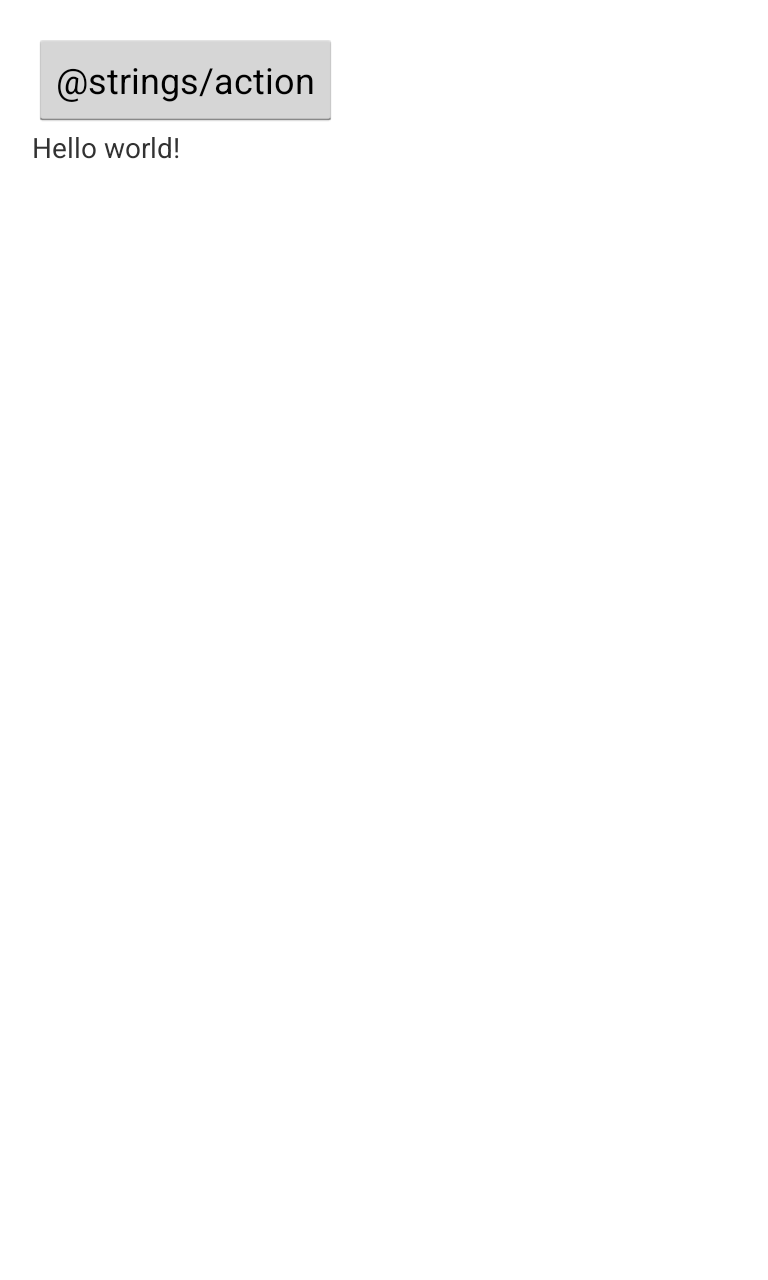
Repository: pancho1313/practica2tests
Layout: MyOrientation/res/layout/activity_my_orientation_test.xml
An editor plug-in stored every save of this project. The layout is shown before and after the next save, followed by the edit.
It is drawn on a 768 x 1280 px phone screen (xhdpi) without system bars, with theme AppTheme; the app's code is not run.

Above is the layout before, as saved 2014-01-10 14:13:58.

### MyOrientation/res/layout/activity_my_orientation_test.xml
<LinearLayout xmlns:android="http://schemas.android.com/apk/res/android"
    xmlns:tools="http://schemas.android.com/tools"
    android:layout_width="match_parent"
    android:layout_height="match_parent"
    android:paddingBottom="@dimen/activity_vertical_margin"
    android:paddingLeft="@dimen/activity_horizontal_margin"
    android:paddingRight="@dimen/activity_horizontal_margin"
    android:paddingTop="@dimen/activity_vertical_margin"
    tools:context=".MyOrientationTest"
    android:orientation="vertical" >

    <Button
        android:id="@+id/button1"
        android:layout_width="wrap_content"
        android:layout_height="wrap_content"
        android:text="@strings/action"
        android:onClick="action" />

    <TextView
        android:id="@+id/textView1"
        android:layout_width="wrap_content"
        android:layout_height="wrap_content"
        android:text="@string/vals" />
</LinearLayout>

### MyOrientation/res/values/strings.xml
<?xml version="1.0" encoding="utf-8"?>
<resources>

    <string name="app_name">MyOrientation</string>
    <string name="action_settings">Settings</string>
    <string name="vals">Hello world!</string>
    <string name="action">action</string>

</resources>

Loaded but not shown: MyOrientation/res/values/styles.xml (common file); MyOrientation/res/values-v11/styles.xml (common file); MyOrientation/res/values-v14/styles.xml (common file); MyOrientation/res/values/dimens.xml (common file)

After the next save:
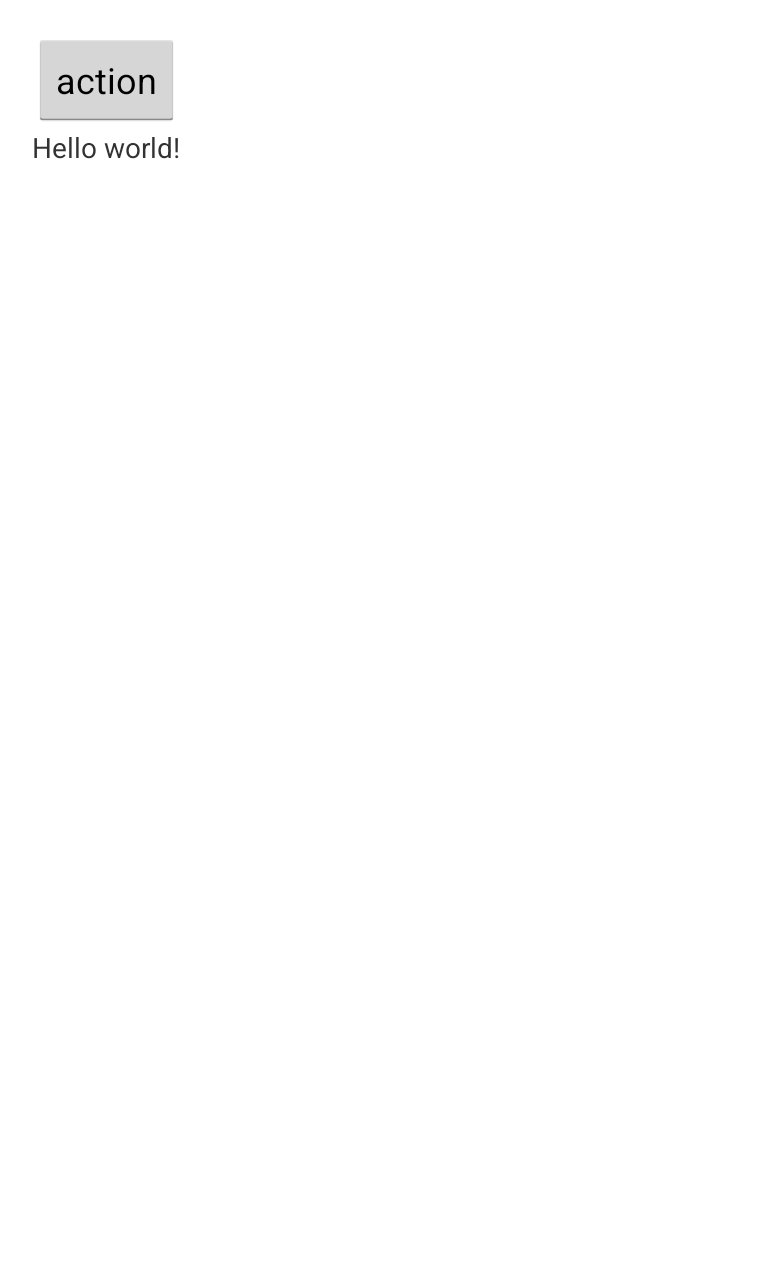
Saved 30 s later.
--- a/MyOrientation/res/layout/activity_my_orientation_test.xml
+++ b/MyOrientation/res/layout/activity_my_orientation_test.xml
@@ -13,7 +13,7 @@
         android:id="@+id/button1"
         android:layout_width="wrap_content"
         android:layout_height="wrap_content"
-        android:text="@strings/action"
+        android:text="@string/action"
         android:onClick="action" />
 
     <TextView
